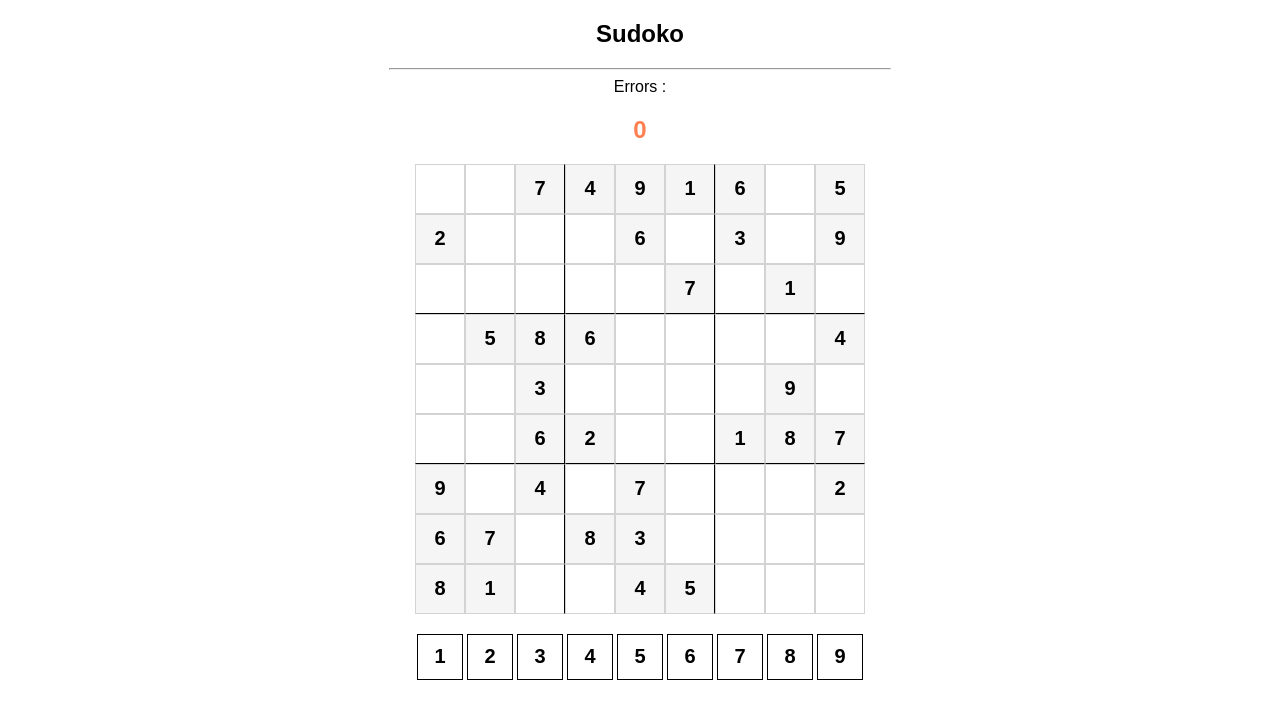
Repository: divyaravada/javascript-games
Page: sudoko/sudoko.html
The author's editor kept a copy of each file at every save. The page is drawn from the files as they stood at one save, then again after the next save.
The browser window is 1280 px wide. The pictures show the whole page.

Above is the page before, as saved 2022-03-15 18:32:10.

### sudoko/sudoko.html
<!DOCTYPE html>
<html>
  <head>
    <meta charset="UTF-8" />
    <meta
      name="viewport"
      content="width=device-width"
      initial-scale="1.0"
      user-scalable="no"
    />
    <title>Sudoko Game</title>
    <link rel="stylesheet" href="./sudoko.css" />
  </head>
  <body>
    <h2>Sudoko</h2>
    <hr />
    <div>
      Errors :
      <h2 id="errors">0</h2>
    </div>

    <!-- 9x9 board-->
    <div id="board"></div>
    <br />
    <div id="digits"></div>

    <script src="./sudoko.js"></script>
  </body>
</html>

### sudoko/sudoko.css
body {
  font-family: Arial, Helvetica, sans-serif;
  text-align: center;
}
hr {
  width: 500px;
}
#errors {
  color: coral;
}
#board {
  width: 450px;
  height: 450px;

  margin: 0 auto;
  display: flex;
  flex-wrap: wrap;
}
#digits {
  width: 450px;
  height: 50px;

  margin: 0 auto;
  display: flex;
  flex-wrap: wrap;
}
.tile {
  width: 48px;
  height: 48px;
  border: 1px solid lightgray;

  font-size: 20px;
  font-weight: bold;
  display: flex;
  justify-content: center;
  align-items: center;
}
.number {
  width: 44px;
  height: 44px;
  border: 1px solid black;
  margin: 2px;

  font-size: 20px;
  font-weight: bold;
  display: flex;
  justify-content: center;
  align-items: center;
}

.number-selected {
  background-color: gray;
}

.tile-start {
  background-color: whitesmoke;
}
.horizontal-line {
  border-bottom: 1px solid black;
}
.vertical-line {
  border-right: 1px solid black;
}

### sudoko/sudoko.js
var numSelected = null;
var titleSelected = null;
var errors = 0;

var board = [
  "--74916-5",
  "2---6-3-9",
  "-----7-1-",
  "-586----4",
  "--3----9-",
  "--62--187",
  "9-4-7---2",
  "67-83----",
  "81--45---",
];
var solution = [
  "387491625",
  "241568379",
  "569327418",
  "758619234",
  "123784596",
  "496253187",
  "934176852",
  "675832941",
  "812945763",
];

window.onload = function () {
  setGame();
};

function setGame() {
  //digits 1-9
  for (let i = 1; i <= 9; i++) {
    let number = document.createElement("div");
    number.id = i;
    number.innerText = i;
    number.addEventListener("click", selectNumber);
    number.classList.add("number");
    document.getElementById("digits").appendChild(number);
  }
  //Board
  for (let r = 0; r < 9; r++) {
    for (let c = 0; c < 9; c++) {
      let tile = document.createElement("div");
      tile.id = r.toString() + "-" + c.toString();
      if (board[r][c] != "-") {
        tile.innerText = board[r][c];
        tile.classList.add("tile-start");
      }
      if (r == 2 || r == 5) {
        tile.classList.add("horizontal-line");
      }
      if (c == 2 || c == 5) {
        tile.classList.add("vertical-line");
      }
      tile.addEventListener("click", selectTitle);
      tile.classList.add("tile");
      document.getElementById("board").append(tile);
    }
  }
}

function selectNumber() {
  if (numSelected != null) {
    numSelected.classList.remove("number-selected");
  }
  numSelected = this;
  numSelected.classList.add("number-selected");
}

function selectTitle() {
  if (numSelected) {
    if (this.innerText != "") {
      return;
    }

    let coords = this.id.split("-");
    let r = parseInt(coords[0]);
    let c = parseInt(coords[1]);

    if (solution[r][c] == numSelected.id) {
      this.innerText = numSelected.id;
    } else {
      errors += 1;
      document.getElementById("errors").innerText = errors;
    }
  }
}

After the next save:
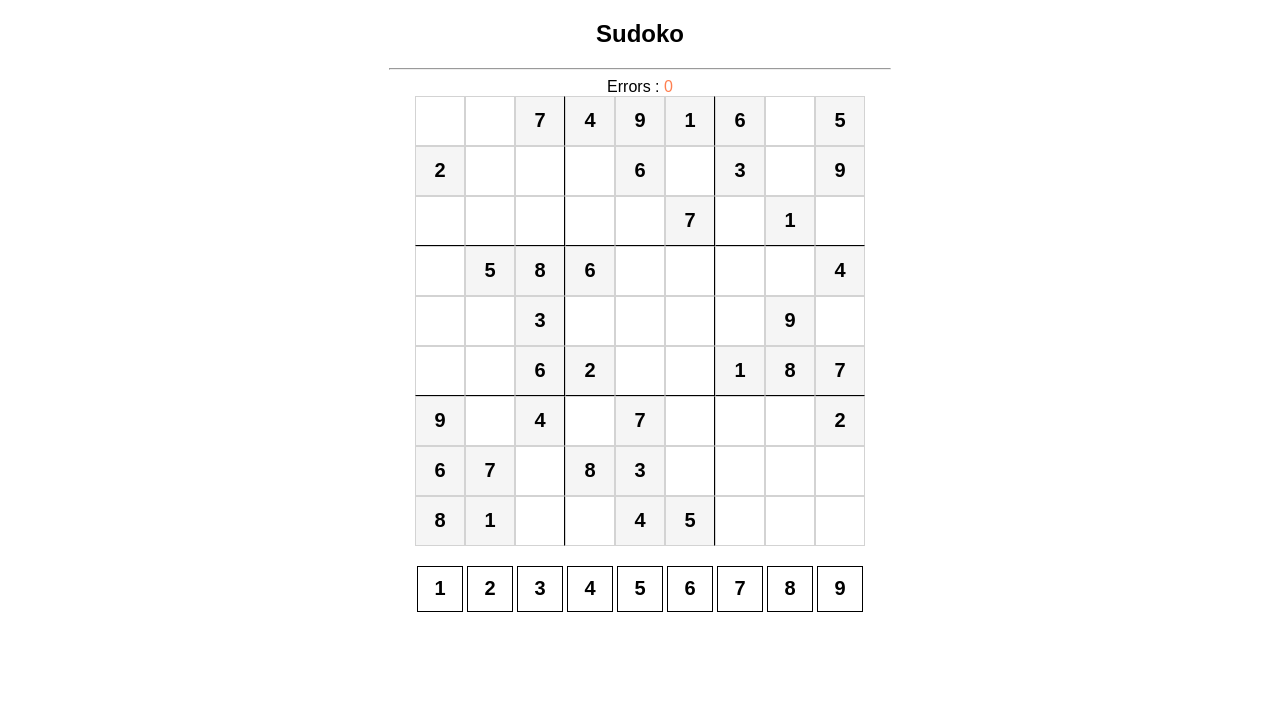
Saved 2 min 4 s later.
--- a/sudoko/sudoko.html
+++ b/sudoko/sudoko.html
@@ -16,7 +16,7 @@
     <hr />
     <div>
       Errors :
-      <h2 id="errors">0</h2>
+      <span id="errors">0</span>
     </div>
 
     <!-- 9x9 board-->
